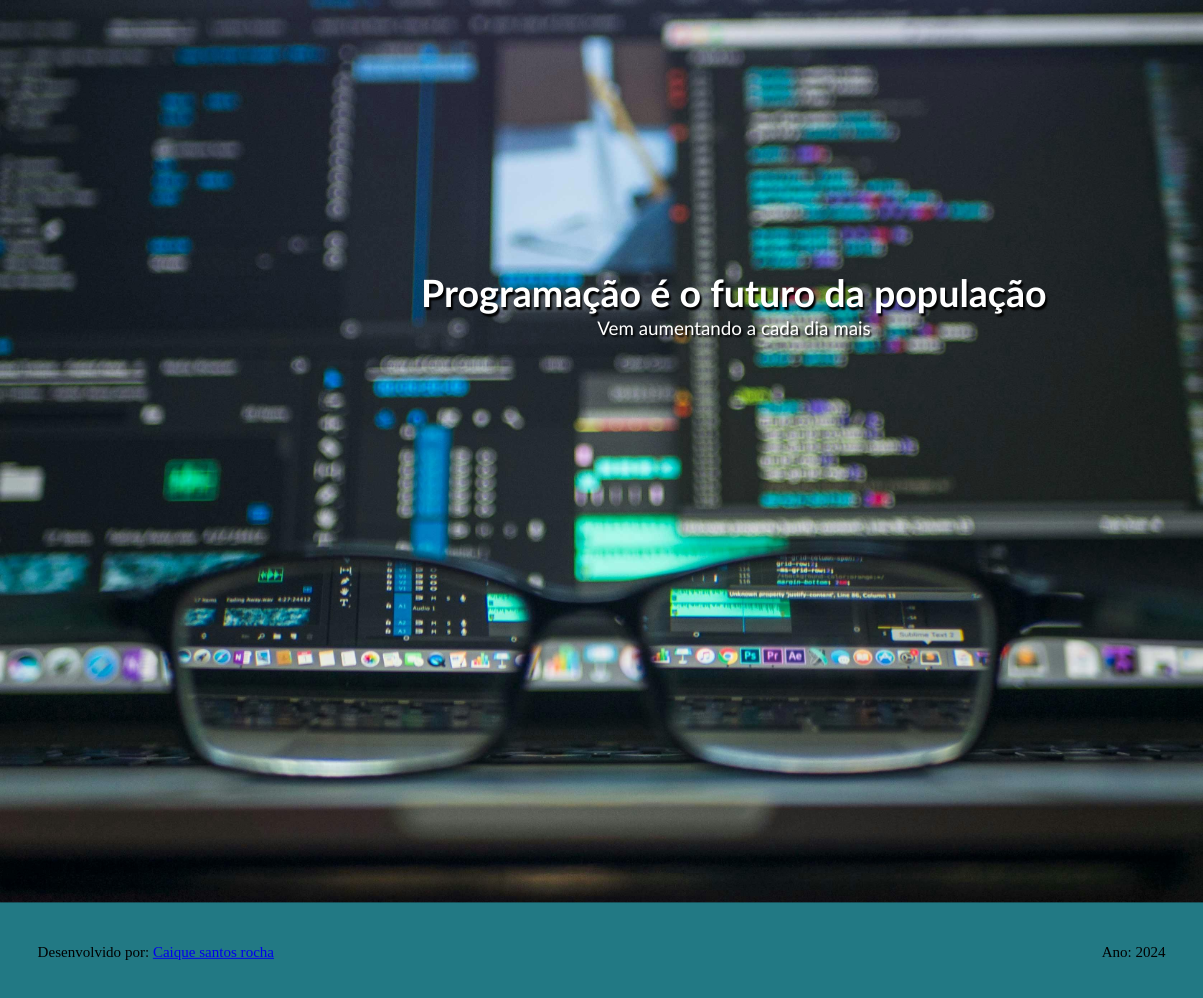
Repository: Caiquedev123/Sites
Page: index.html
The author's editor kept a copy of each file at every save. The page is drawn from the files as they stood at one save, then again after the next save.
The browser window is 1280 px wide. The pictures show the whole page, at 94% of full size.

Above is the page before, as saved 2024-07-22 17:24:18.

After the next save:
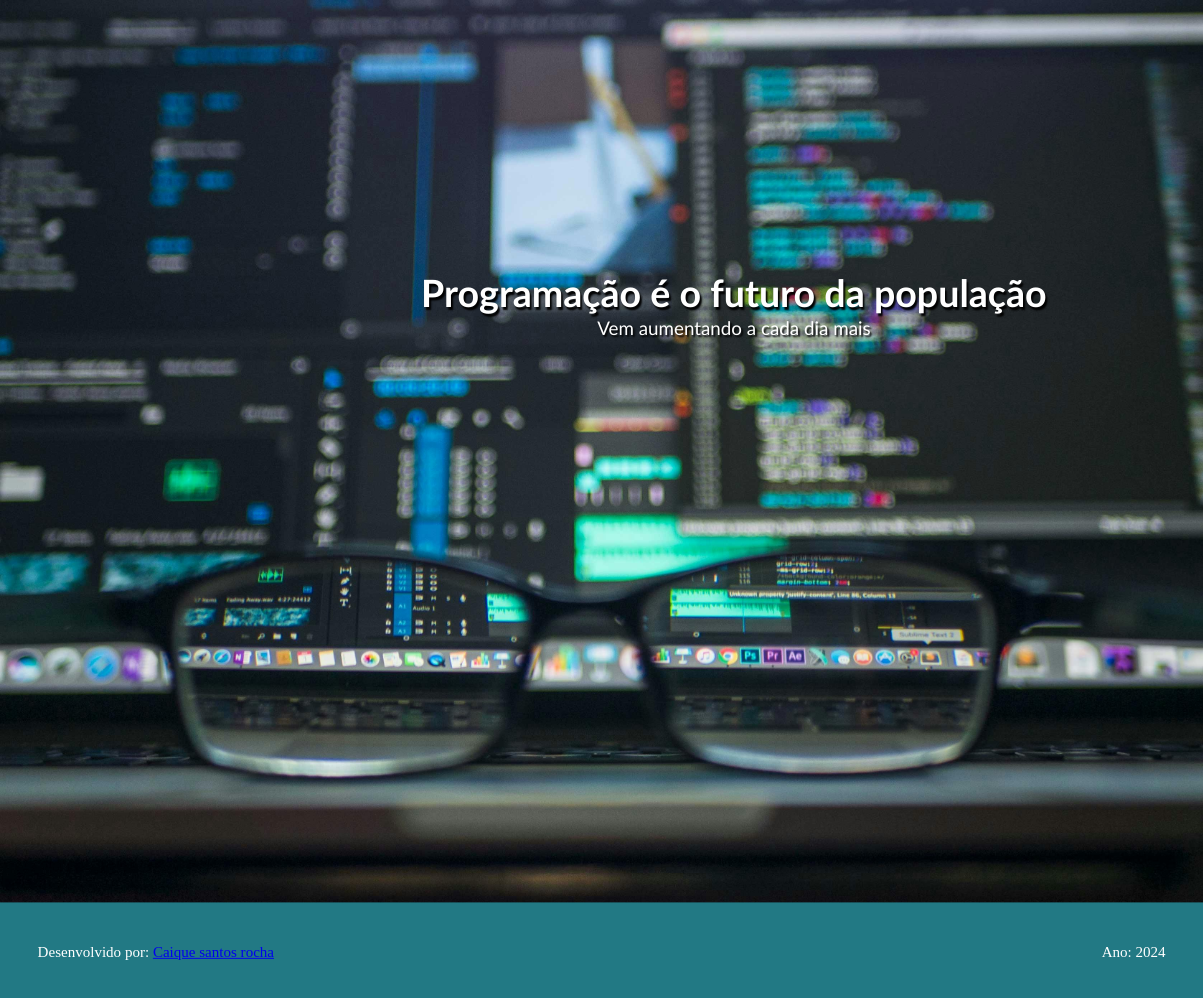
Saved 5 s later.
--- a/style.css
+++ b/style.css
@@ -24,5 +24,4 @@
     padding: 40px 40px 40px 40px;
     justify-content: space-between;
     color: white
-    font-family: a
 }
